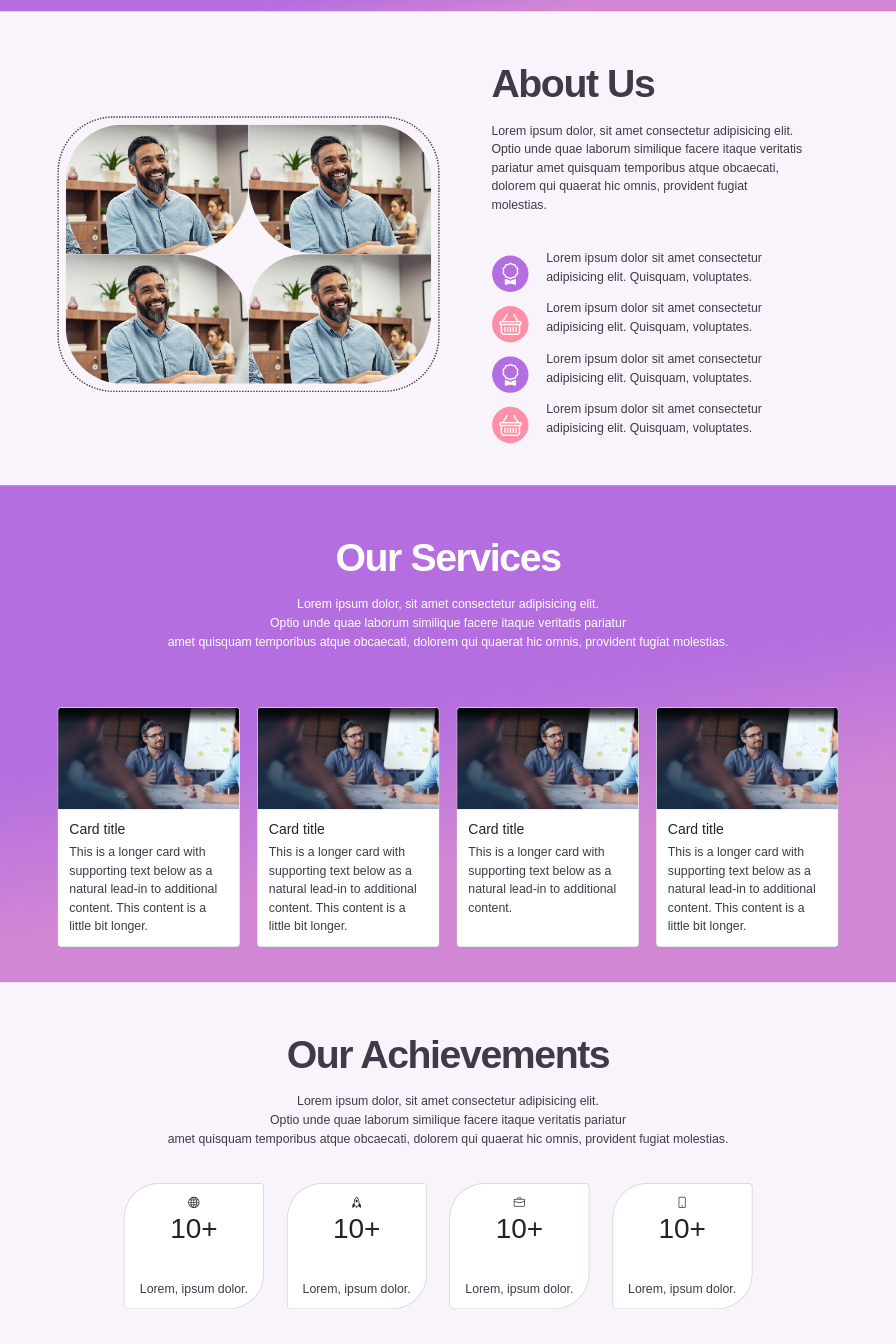
Repository: tagnam/project27012025
Page: index.html
An editor plug-in stored every save of this project. The page is shown before and after a run of saves, followed by the edit.
The browser window is 1280 px wide. The pictures show the part of the page from y = 723 to 2643 px (the page is 2643 px tall before and 2623 px after), at 70% of full size.

Above is the page before, as saved 2025-01-28 12:22:01.

### index.html
<!DOCTYPE html>
<html lang="en">
    <head>
        <meta charset="UTF-8" />
        <meta name="viewport" content="width=device-width, initial-scale=1.0" />
        <link href="https://cdn.jsdelivr.net/npm/bootstrap@5.3.3/dist/css/bootstrap.min.css" rel="stylesheet" integrity="sha384-QWTKZyjpPEjISv5WaRU9OFeRpok6YctnYmDr5pNlyT2bRjXh0JMhjY6hW+ALEwIH" crossorigin="anonymous" />
        <link rel="stylesheet" href="style/css/index.css" />
        <link rel="stylesheet" href="style/css/animation.css" />
        <link rel="stylesheet" href="style/css/responsive.css" />
        <title>project27012025</title>
    </head>
    <body>
        <header>
            <!-- --------------------------------------------start nav bar ------------------------------->
            <nav class="navbar navbar-expand-lg custom-nav">
                <div class="container">
                    <div class="collapse navbar-collapse justify-content-between" id="navbarSupportedContent">
                        <a class="navbar-brand" href="#">Navbar</a>
                        <ul class="navbar-nav">
                            <li class="nav-item">
                                <a class="nav-link" href="#"><i class="bi bi-facebook"></i></a>
                            </li>
                            <li class="nav-item">
                                <a class="nav-link" href="#"><i class="bi bi-instagram"></i></a>
                            </li>
                            <li class="nav-item">
                                <a class="nav-link" href="#"><i class="bi bi-twitter"></i></a>
                            </li>
                        </ul>
                        <div class="d-flex">
                            <div class="menu-container" type="button" data-bs-toggle="offcanvas" data-bs-target="#offcanvasExample" aria-controls="offcanvasExample">
                                <span class="span-menu-01 menu-icon"></span>
                                <span class="span-menu-02 menu-icon"></span>
                                <span class="span-menu-03 menu-icon"></span>
                            </div>
                        </div>
                    </div>
                </div>
            </nav>

            <!-- ------------------------------start offcanvas ---------------------------------------->
            <div class="offcanvas offcanvas-start" tabindex="-1" id="offcanvasExample" aria-labelledby="offcanvasExampleLabel">
                <div class="offcanvas-header">
                    <h5 class="offcanvas-title" id="offcanvasExampleLabel">Offcanvas</h5>
                    <button type="button" class="btn-close text-reset" data-bs-dismiss="offcanvas" aria-label="Close"></button>
                </div>
                <div class="offcanvas-body">
                    <div>
                        Some text as placeholder. In real life you can have the elements you have chosen. Like, text, images, lists, etc.
                    </div>
                    <div class="dropdown mt-3">
                        <button class="btn btn-secondary dropdown-toggle" type="button" id="dropdownMenuButton" data-bs-toggle="dropdown">
                            Dropdown button
                        </button>
                        <ul class="dropdown-menu" aria-labelledby="dropdownMenuButton">
                            <li><a class="dropdown-item" href="#">Action</a></li>
                            <li><a class="dropdown-item" href="#">Another action</a></li>
                            <li><a class="dropdown-item" href="#">Something else here</a></li>
                        </ul>
                    </div>
                </div>
            </div>
            <!-- -----------------------------end offcanvas ------------------------------------------->
            <!------------------------------------------------ end navbar ----------------------------->
        </header>
        <section class="hero-section">
            <div class="container" style="height: 100%;">
                <div class="row">
                    <div class="col-lg-6 col-md-6 col-sm-12">
                        <div class="banner-content">
                            <h1>Lorem ipsum dolor dolor sit amet, consectetur</h1>
                            <p>
                                Lorem ipsum dolor sit amet, consectetur adipisicing elit. Doloribus in culpa ipsa, amet ad<br />
                                eveniet. Fugiat architecto atque consequuntur repellendus!
                            </p>
                            <button class="btn btn-primary">Get Started</button>
                        </div>
                    </div>
                    <div class="col-lg-6 col-md-6 col-sm-12">
                        <div class="banner-img d-flex justify-content-end">
                            <img src="image/hero-banner-01.webp" class="w-100" alt="" />
                        </div>
                    </div>
                </div>

            </div>
        </section>
        <section class="client-section">
            <div class="container-fluid">
                <div class="row row-cols-3 row-cols-md-6 g-4">
                    <div class="col client-logo">
                        <a class="navbar-brand w-25" href="#">Navbar</a>
                    </div>
                    <div class="col client-logo">
                        <a class="navbar-brand w-25" href="#">Navbar</a>
                    </div>
                    <div class="col client-logo">
                        <a class="navbar-brand w-25" href="#">Navbar</a>
                    </div>
                    <div class="col client-logo">
                        <a class="navbar-brand w-25" href="#">Navbar</a>
                    </div>
                    <div class="col client-logo">
                        <a class="navbar-brand w-25" href="#">Navbar</a>
                    </div>
                    <div class="col client-logo">
                        <a class="navbar-brand w-25" href="#">Navbar</a>
                    </div>
                </div>
            </div>
        </section>

        <section>
            <div class="container">
                <div class="row">
                    <div class="col-lg-6 col-md-6 col-sm-12">
                        <div class="about-row row row-cols-1 row-cols-md-2 g-0">
                            <div class="col">
                                <div class="img">
                                    <img src="image/elearning-08.jpg" class="about-row-img-01 w-100" alt="" />
                                </div>
                            </div>
                            <div class="col">
                                <div class="img">
                                    <img src="image/elearning-08.jpg" class="about-row-img-02 w-100" alt="" />
                                </div>
                            </div>
                            <div class="col">
                                <div class="img">
                                    <img src="image/elearning-08.jpg" class="about-row-img-03 w-100" alt="" />
                                </div>
                            </div>
                            <div class="col">
                                <div class="img">
                                    <img src="image/elearning-08.jpg" class="about-row-img-04 w-100" alt="" />
                                </div>
                            </div>
                        </div>
                    </div>
                    <div class="col-lg-6 col-md-6 col-sm-12">
                        <div class="about-content">
                            <div class="main-heading">
                                <h2>About Us</h2>
                                <p>
                                    Lorem ipsum dolor, sit amet consectetur adipisicing elit. Optio unde quae laborum similique facere itaque veritatis pariatur amet quisquam temporibus atque obcaecati, dolorem qui quaerat hic omnis,
                                    provident fugiat molestias.
                                </p>
                            </div>
                            <div class="about-list">
                                <div class="row">
                                    <div class="col-md-2">
                                        <div class="about-icon">
                                            <i class="bi bi-award"></i>
                                        </div>
                                    </div>
                                    <div class="col-md-10">
                                        <div class="about-text">
                                            <p>Lorem ipsum dolor sit amet consectetur adipisicing elit. Quisquam, voluptates.</p>
                                        </div>
                                    </div>
                                </div>
                                <div class="row">
                                    <div class="col-md-2">
                                        <div class="about-icon">
                                            <i class="bi bi-basket"></i>
                                        </div>
                                    </div>
                                    <div class="col-md-10">
                                        <div class="about-text">
                                            <p>Lorem ipsum dolor sit amet consectetur adipisicing elit. Quisquam, voluptates.</p>
                                        </div>
                                    </div>
                                </div>
                                <div class="row">
                                    <div class="col-md-2">
                                        <div class="about-icon">
                                            <i class="bi bi-award"></i>
                                        </div>
                                    </div>
                                    <div class="col-md-10">
                                        <div class="about-text">
                                            <p>Lorem ipsum dolor sit amet consectetur adipisicing elit. Quisquam, voluptates.</p>
                                        </div>
                                    </div>
                                </div>
                                <div class="row">
                                    <div class="col-md-2">
                                        <div class="about-icon">
                                            <i class="bi bi-basket"></i>
                                        </div>
                                    </div>
                                    <div class="col-md-10">
                                        <div class="about-text">
                                            <p>Lorem ipsum dolor sit amet consectetur adipisicing elit. Quisquam, voluptates.</p>
                                        </div>
                                    </div>
                                </div>
                            </div>
                        </div>
                    </div>
                </div>
            </div>
        </section>
        <section class="service-section">
                <div class="container">
                    <div class="main-heading-white">
                        <h2>Our Services</h2>
                        <p>
                            Lorem ipsum dolor, sit amet consectetur adipisicing elit.<br> Optio unde quae laborum similique facere itaque veritatis pariatur <br>amet quisquam temporibus atque obcaecati, dolorem qui quaerat hic omnis,
                            provident fugiat molestias.
                        </p>
                    </div>
                    <div class="row row-cols-1 row-cols-md-4 g-4">
                        <div class="col">
                          <div class="card h-100">
                            <img src="image/business-banner.jpg" class="card-img-top" alt="...">
                            <div class="card-body">
                              <h5 class="card-title">Card title</h5>
                              <p class="card-text">This is a longer card with supporting text below as a natural lead-in to additional content. This content is a little bit longer.</p>
                            </div>
                          </div>
                        </div>
                        <div class="col">
                          <div class="card h-100">
                            <img src="image/business-banner.jpg" class="card-img-top" alt="...">
                            <div class="card-body">
                              <h5 class="card-title">Card title</h5>
                              <p class="card-text">This is a longer card with supporting text below as a natural lead-in to additional content. This content is a little bit longer.</p>
                            </div>
                          </div>
                        </div>
                        <div class="col">
                          <div class="card h-100">
                            <img src="image/business-banner.jpg" class="card-img-top" alt="...">
                            <div class="card-body">
                              <h5 class="card-title">Card title</h5>
                              <p class="card-text">This is a longer card with supporting text below as a natural lead-in to additional content.</p>
                            </div>
                          </div>
                        </div>
                        <div class="col">
                          <div class="card h-100">
                            <img src="image/business-banner.jpg" class="card-img-top" alt="...">
                            <div class="card-body">
                              <h5 class="card-title">Card title</h5>
                              <p class="card-text">This is a longer card with supporting text below as a natural lead-in to additional content. This content is a little bit longer.</p>
                            </div>
                          </div>
                        </div>
                      </div>
                </div>
        </section>
        <section class="counter-section" style="padding: 50px 0px;">
            <div class="container">
                <div class="main-heading" style="margin-bottom: 50px; text-align: center;">
                    <h2>Our Achievements</h2>
                    <p>
                        Lorem ipsum dolor, sit amet consectetur adipisicing elit.<br> Optio unde quae laborum similique facere itaque veritatis pariatur <br>amet quisquam temporibus atque obcaecati, dolorem qui quaerat hic omnis,
                        provident fugiat molestias.
                    </p>
                </div>
                <div class="row justify-content-center">
                    <div class="col-lg-10 ">
                        <div class="row  g-1">
                            <div class="col">
                                <div class="card counter-card" >
                                    <div class="counter">
                                        <div class="counter-icon">
                                            <i class="bi bi-globe"></i>
                                        </div>
                                        <h1 class="counter-title">10+</h1>
                                        <p class="counter-text">Lorem, ipsum dolor.</p>
                                    </div>
                                </div>
                            </div>
                            <div class="col">
                                <div class="card counter-card" >
                                    <div class="counter">
                                        <div class="counter-icon">
                                            <i class="bi bi-rocket"></i>
                                        </div>
                                        <h1 class="counter-title">10+</h1>
                                        <p class="counter-text">Lorem, ipsum dolor.</p>
                                    </div>
                                </div>
                            </div>
                            <div class="col">
                                <div class="card counter-card" >
                                    <div class="counter">
                                        <div class="counter-icon">
                                            <i class="bi bi-briefcase"></i>
                                        </div>
                                        <h1 class="counter-title">10+</h1>
                                        <p class="counter-text">Lorem, ipsum dolor.</p>
                                    </div>
                                </div>
                            </div>
                            <div class="col">
                                <div class="card counter-card" >
                                    <div class="counter">
                                            <i class="bi bi-phone"></i>

                                        <h1 class="counter-title">10+</h1>
                                        <p class="counter-text">Lorem, ipsum dolor.</p>
                                    </div>
                                </div>
                            </div>
                        </div>
                    </div>
                </div>

            </div>
        </section>
        <script src="https://cdn.jsdelivr.net/npm/bootstrap@5.3.3/dist/js/bootstrap.bundle.min.js" integrity="sha384-YvpcrYf0tY3lHB60NNkmXc5s9fDVZLESaAA55NDzOxhy9GkcIdslK1eN7N6jIeHz" crossorigin="anonymous"></script>
        <script src="style/js/custom.js"></script>
    </body>
</html>

### style/css/index.css
@import url("https://cdn.jsdelivr.net/npm/bootstrap-icons@1.11.3/font/bootstrap-icons.min.css");

*{
 margin: 0;
padding: 0;
box-sizing: border-box;
}

:root{
    --dark-color:#423849;
    --semi-dark-color:#b46ee0;
    --light-color:#fd8fa7;
    --white-color:#fff;
    --main-heading-font-size: 3.5rem;
    --subheading-font-size: 2rem;
    --paragraph-font-size: 1.1rem;
    --body-background-color: #f9f3fb;
}

p{
    margin: 0;
    font-size: var(--paragraph-font-size);
    color: var(--dark-color);
    line-height: 1.5;


}

body{
    font-family: 'Poppins', sans-serif;
    background-color: var(--body-background-color);

}

/* header{
    position: fixed;
    top: 0;
    z-index: 1000;
width: 100%;
} */

.navbar-brand{
    font-size: 1.5rem;
    font-weight: 800;
    color: var(--dark-color);
}

.menu-icon{
    display: block;
    width: 40px;
    height: 6px;
    background-color: var(--dark-color);
    margin: 3px auto;
    border-radius: 20px;
    cursor: pointer;
}


.nav-link .bi{
    font-size: 1.5rem;
    color: var(--dark-color);
}

.banner-content{
    margin: 100px auto;
    padding-right: 100px;
}

.banner-content h1{
    color: var(--dark-color);
    font-weight: 800;
    /* font-size: 55px; */
    font-size: var(--main-heading-font-size);
    letter-spacing: -2px;
    margin: 50px 0px;
}
/* .hero-section{
   background-image: url(/image/business-banner.jpg);
    background-size: cover;
    background-position: center;
    height: 100vh;
} */

.banner-footer-text p{
    color: var(--dark-color);

}


.client-section{
    background: linear-gradient(-190deg, rgba(180,110,224,1) 45%, rgba(210,135,212,1) 70%);
    padding: 20px 0px;
    overflow: hidden;
}

.client-logo{
    display: flex;
    justify-content: center;
    align-items: center;
    flex-wrap: wrap;
    color: var(--white-color);
}
.about-row {
    border: 2px dotted var(--dark-color);
    padding: 10px;
    border-radius: 80px;
    margin-top: 150px;
}

.about-row-img-01{
    border-top-left-radius: 80px;
    border-bottom-right-radius: 100px;
}


.about-row-img-02{
    border-top-right-radius: 80px;
    border-bottom-left-radius: 100px;
}

.about-row-img-03{
    border-bottom-left-radius: 80px;
    border-top-right-radius: 100px;
}

.about-row-img-04{
    border-top-left-radius: 80px;
    border-bottom-right-radius: 100px;
}


.about-content{
    padding: 50px;
}

.main-heading h2{
    color: var(--dark-color);
    font-weight: 800;
    /* font-size: 55px; */
    font-size: var(--main-heading-font-size);
    letter-spacing: -2px;
    margin: 20px 0px;
}

.about-list{
    margin-top: 50px;
}

.about-icon{
    display: flex;
    justify-content: center;
    align-items: center;
}

.about-icon .bi{
    font-size: 2rem;
    color: var(--white-color);
    display: flex;
}

.about-icon .bi-award{
    background-color: var(--semi-dark-color);
    padding: 10px;
    margin: 10px;
    border-radius: 55px;

}

.about-icon .bi-basket{
    background-color: var(--light-color);
    padding: 10px;
    margin: 10px;
    border-radius: 55px;

}

.service-section{
    background: linear-gradient(-190deg, rgba(180,110,224,1) 45%, rgba(210,135,212,1) 70%);
    padding: 50px 0px;
}
.main-heading-white{
    margin-bottom: 80px;
}

.main-heading-white h2{
    color: var(--white-color);
    font-weight: 800;
    /* font-size: 55px; */
    font-size: var(--main-heading-font-size);
    letter-spacing: -2px;
    margin: 20px 0px;
    text-align: center ;

}

.main-heading-white p{
    color: var(--white-color);
    font-size: var(--paragraph-font-size);
    text-align: center;
}

.counter-card{
    width: 200px;
    /* height: 200px; */
    display: flex;
    justify-content: center;
    align-items: center;
    padding: 15px;
    border-top-left-radius: 50px;
    border-bottom-right-radius: 50px;
}

.counter{
  text-align: center;

}


.counter-text{
    margin-top: 50px;

}

Loaded but not shown: style/js/custom.js (no copy from this time; the picture is the same without it); style/css/animation.css (no stored copy; drawn as an empty file); style/css/responsive.css (no stored copy; drawn as an empty file)

After the next 2 saves:
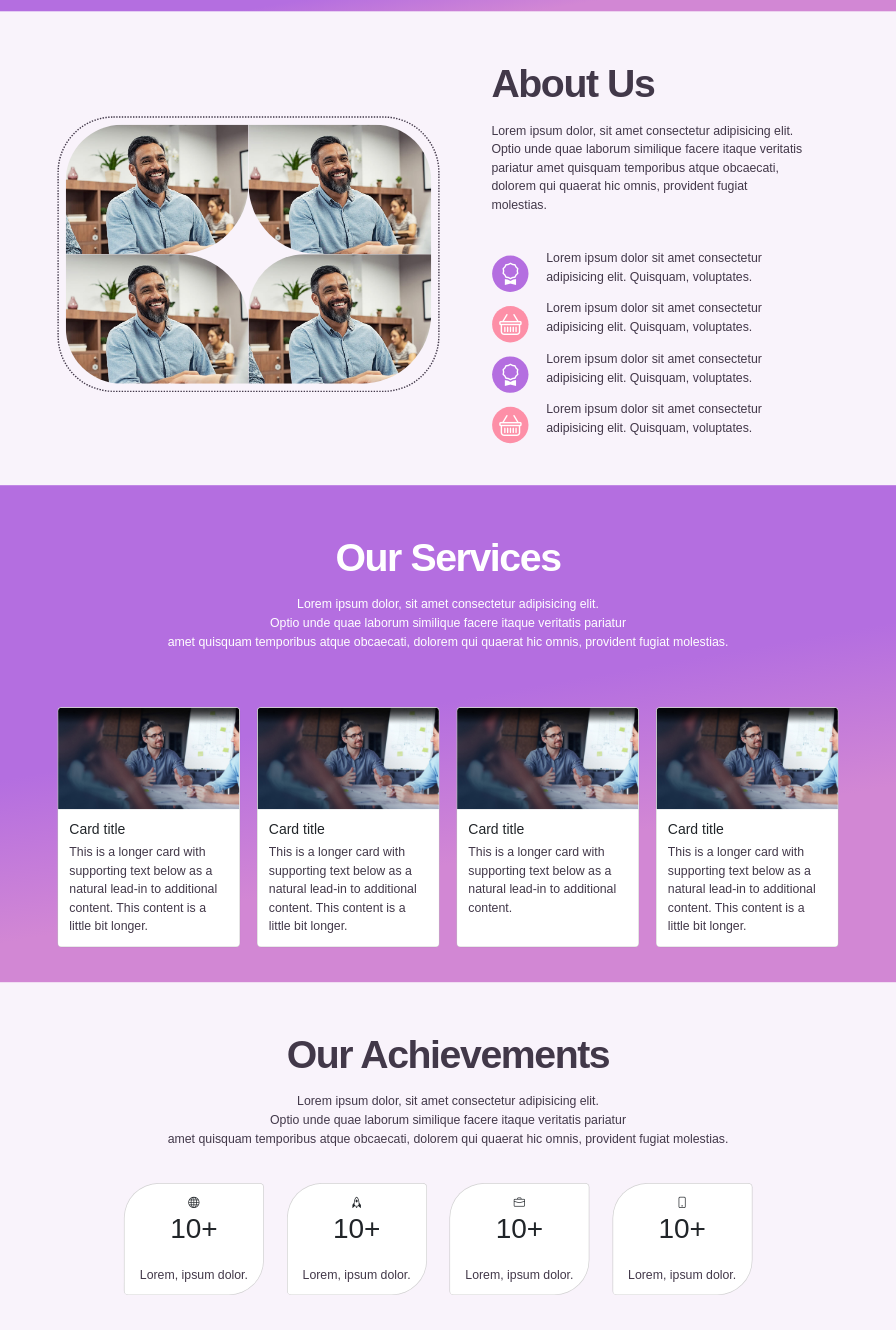
The 2 saves are shown as one change because they came seconds apart.
The last was saved 26 s later.
--- a/style/css/index.css
+++ b/style/css/index.css
@@ -217,6 +217,6 @@ width: 100%;
 
 
 .counter-text{
-    margin-top: 50px;
-
-}
+    margin-top: 30px;
+
+}
